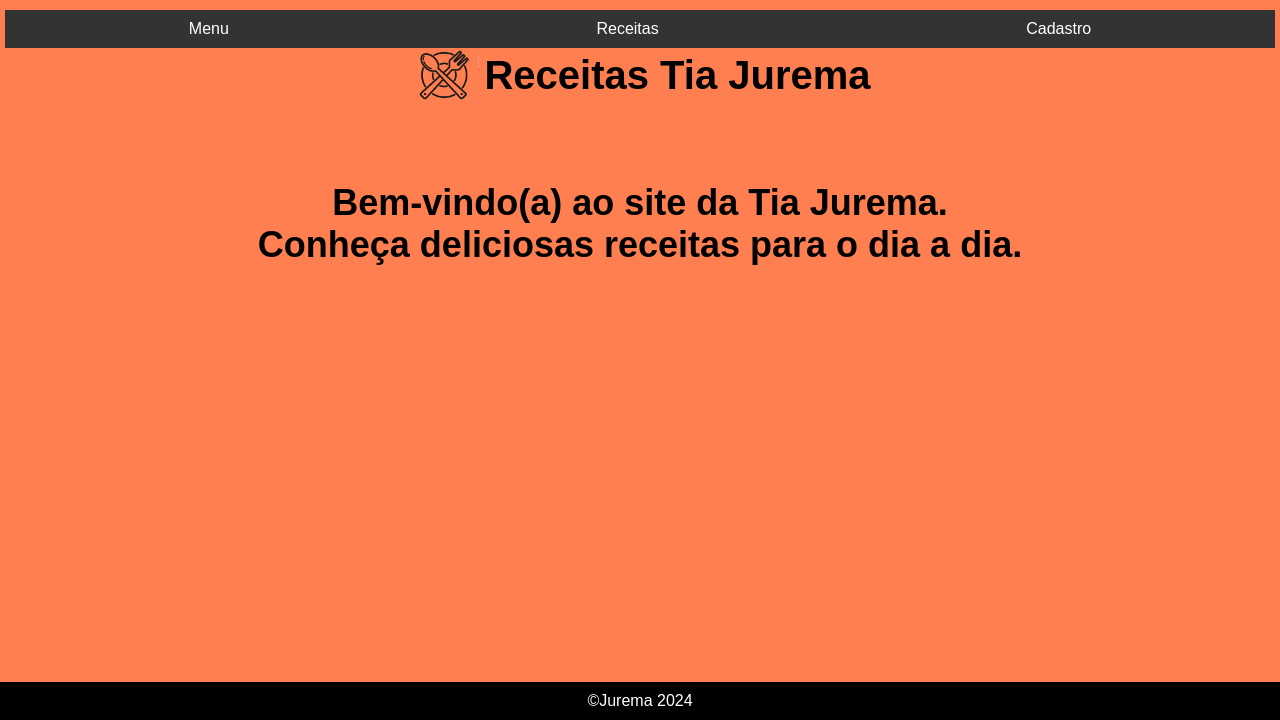
Repository: devropaes/RECEITAS
Page: OneDrive/Área de Trabalho/Estudos/Estácio/receitas/home.html
These files come from the project's save history. The page is drawn as it stood at one moment and after the next save; the edit follows.
The browser window is 1280 px wide. The pictures show the whole page.
Some web libraries are served in a nearby version.

Above is the page before, as saved 2024-03-14 12:20:50.

After the next save:
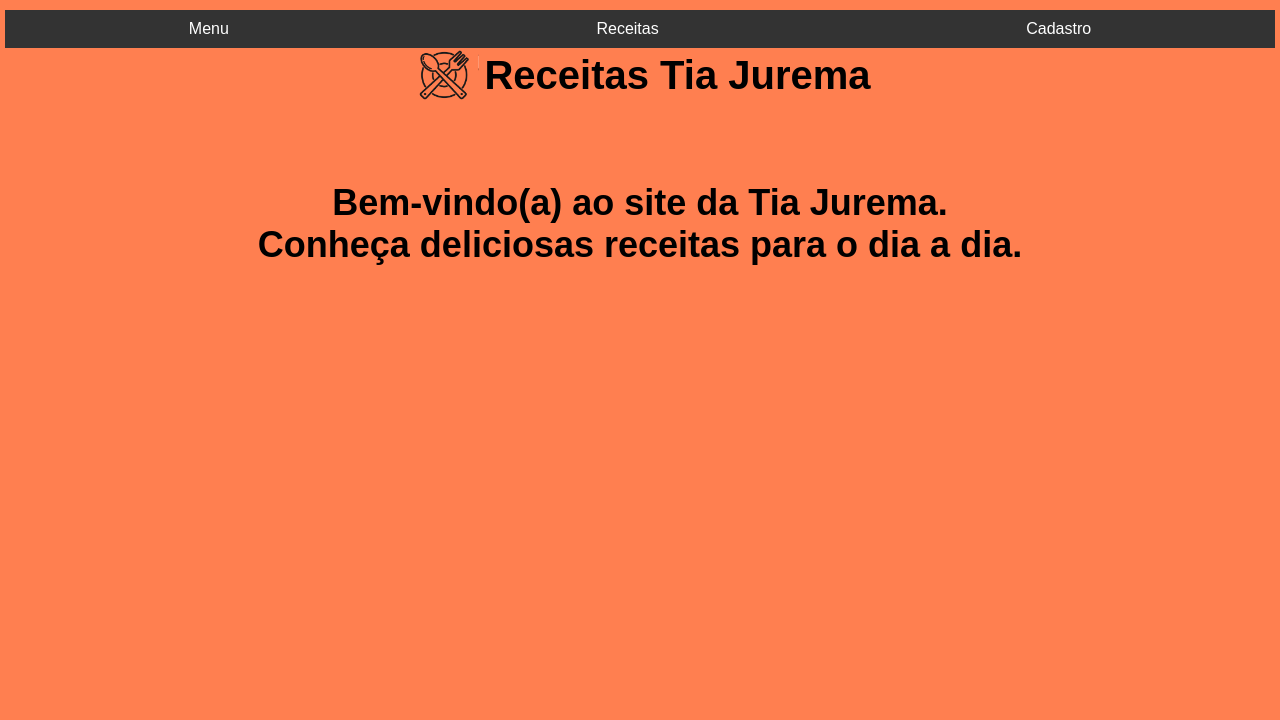
Saved 25 s later.
--- a/OneDrive/Área de Trabalho/Estudos/Estácio/receitas/home.html
+++ b/OneDrive/Área de Trabalho/Estudos/Estácio/receitas/home.html
@@ -37,8 +37,6 @@
 
   <div class="ps-mod8 ps-alignCenter ps-sm-mod12 ps-sm-alignLeft"> <span class="ps-logo ps-logo-white ps-logo-seguros" title="rodape"></span> </div>
   <span class="ps-logo ps-logo-white ps-logo-seguros" title="rodape"></span>
-      <footer class="rodape">
-           <p>&copy;Jurema 2024 </p>
-      </footer>
+
 </body>
 </html>

After the save that followed:
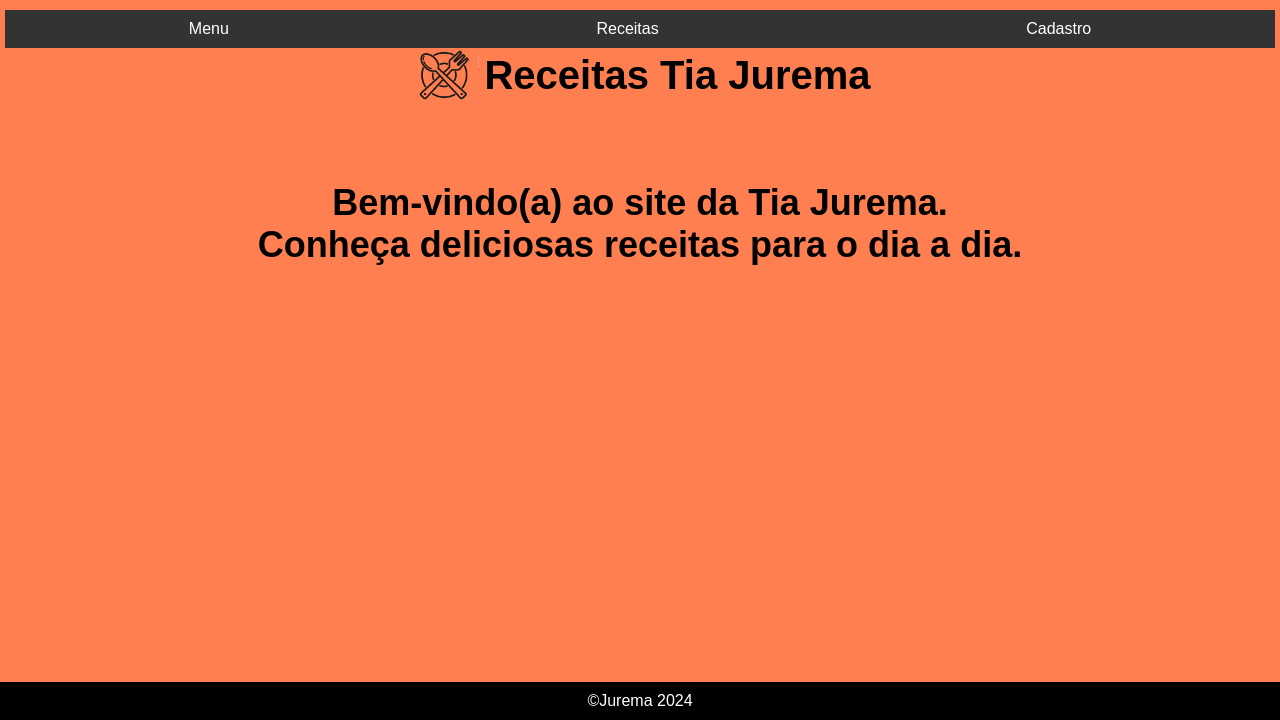
Saved 17 s later.
--- a/OneDrive/Área de Trabalho/Estudos/Estácio/receitas/home.html
+++ b/OneDrive/Área de Trabalho/Estudos/Estácio/receitas/home.html
@@ -37,6 +37,8 @@
 
   <div class="ps-mod8 ps-alignCenter ps-sm-mod12 ps-sm-alignLeft"> <span class="ps-logo ps-logo-white ps-logo-seguros" title="rodape"></span> </div>
   <span class="ps-logo ps-logo-white ps-logo-seguros" title="rodape"></span>
-
+  <footer class="rodape">
+    <p>&copy;Jurema 2024 </p>
+</footer>
 </body>
 </html>
